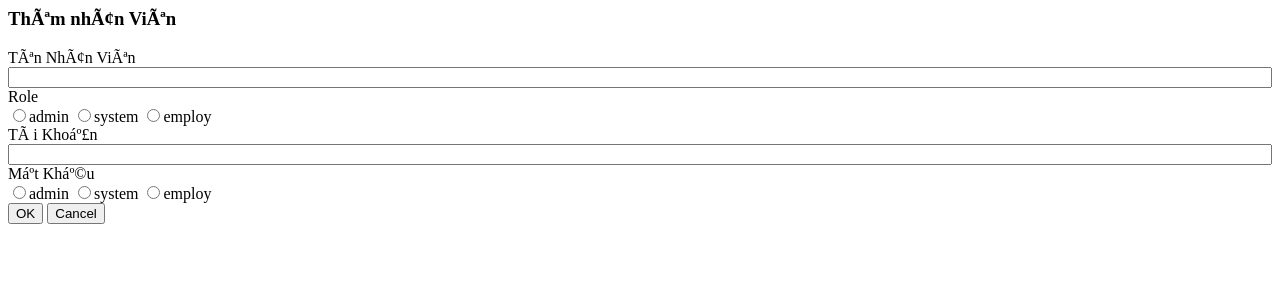
Repository: chickenoken/LuanAn
Page: http://localhost/net/quanLyNhanVienControl
An editor plug-in stored every save of this project. The page is shown before and after the next save, followed by the edit.
The browser window is 1280 px wide. The pictures show the whole page.
The page is served by Tomcat 9. Other server files are loaded and not shown.

Above is the page before, as saved 2019-06-17 09:51:07.

### net/src/main/webapp/WEB-INF/pages/quanLyNhanVienControl.jsp
<div class="modal-header">
  <h3>Thêm nhân Viên</h3>
</div>
<div class="modal-body">
  <div class="row">
    <div class="form-group">
      <div class="col-md-4"><span>Tên Nhân Viên</span></div>
      <div class="col-md-8"><input type="text" ng-model="model.form.control.tenNv" style="width : 100%"></div>
    </div>
  </div>
  <div class="row">
    <div class="form-group">
      <div class="col-md-4"><span>Role</span></div>
      <div class="col-md-8">
        <div class="radio" ng-model="model.form.control.role">
          <label class="col-md-4"><input type="radio" name="role" value="admin">admin</label>
          <label class="col-md-4"><input type="radio" name="role" value="system">system</label>
          <label class="col-md-4"><input type="radio" name="role" value="employ">employ</label>
        </div>
      </div>
    </div>
  </div>
    <div class="row">
    <div class="form-group">
      <div class="col-md-4"><span>Tài Khoản</span></div>
      <div class="col-md-8">
        <input type="text" ng-model="model.form.control.taiKhoan" style="width : 100%">
      </div>
    </div>
  </div>
    <div class="row">
    <div class="form-group">
      <div class="col-md-4"><span>Mật Khẩu</span></div>
      <div class="col-md-8">
        <div class="radio">
          <label class="col-md-4"><input type="radio" name="role" value="admin">admin</label>
          <label class="col-md-4"><input type="radio" name="role" value="system">system</label>
          <label class="col-md-4"><input type="radio" name="role" value="employ">employ</label>
        </div>
      </div>
    </div>
  </div>

</div>
<div class="modal-footer">
    <button class="btn btn-primary" ng-click="ok()">OK</button>
    <button class="btn btn-warning" ng-click="cancel()">Cancel</button>
</div>

### net/src/main/java/org/planning/net/dto/LoginDto.java
package org.planning.net.dto;

import lombok.Getter;
import lombok.Setter;

@Getter
@Setter
public class LoginDto {

    private String maNhanVien;

    private String tenNhanVien;

    private String taiKhoan;

    private String matKhau;

	public String getTaiKhoan() {
        return taiKhoan;
    }

    public void setTaiKhoan(String taiKhoan) {
        this.taiKhoan = taiKhoan;
    }

    public String getMatKhau() {
        return matKhau;
    }

    public void setMatKhau(String matKhau) {
        this.matKhau = matKhau;
    }

    public String getMaNhanVien() {
		return maNhanVien;
	}

	public void setMaNhanVien(String maNhanVien) {
		this.maNhanVien = maNhanVien;
	}

	public String getTenNhanVien() {
		return tenNhanVien;
	}

	public void setTenNhanVien(String tenNhanVien) {
		this.tenNhanVien = tenNhanVien;
	}
}

After the next save:
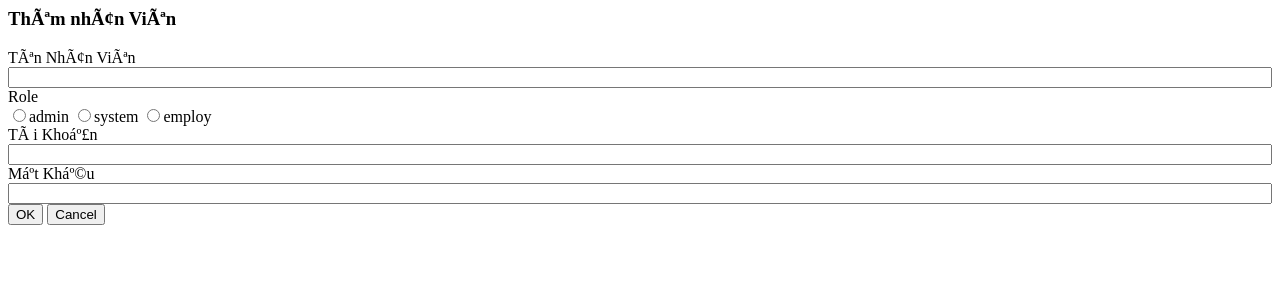
Saved 22 s later.
--- a/net/src/main/webapp/WEB-INF/pages/quanLyNhanVienControl.jsp
+++ b/net/src/main/webapp/WEB-INF/pages/quanLyNhanVienControl.jsp
@@ -32,11 +32,7 @@
     <div class="form-group">
       <div class="col-md-4"><span>Mật Khẩu</span></div>
       <div class="col-md-8">
-        <div class="radio">
-          <label class="col-md-4"><input type="radio" name="role" value="admin">admin</label>
-          <label class="col-md-4"><input type="radio" name="role" value="system">system</label>
-          <label class="col-md-4"><input type="radio" name="role" value="employ">employ</label>
-        </div>
+        <input type="password" ng-model="model.form.control.matKhau" style="width : 100%">
       </div>
     </div>
   </div>
